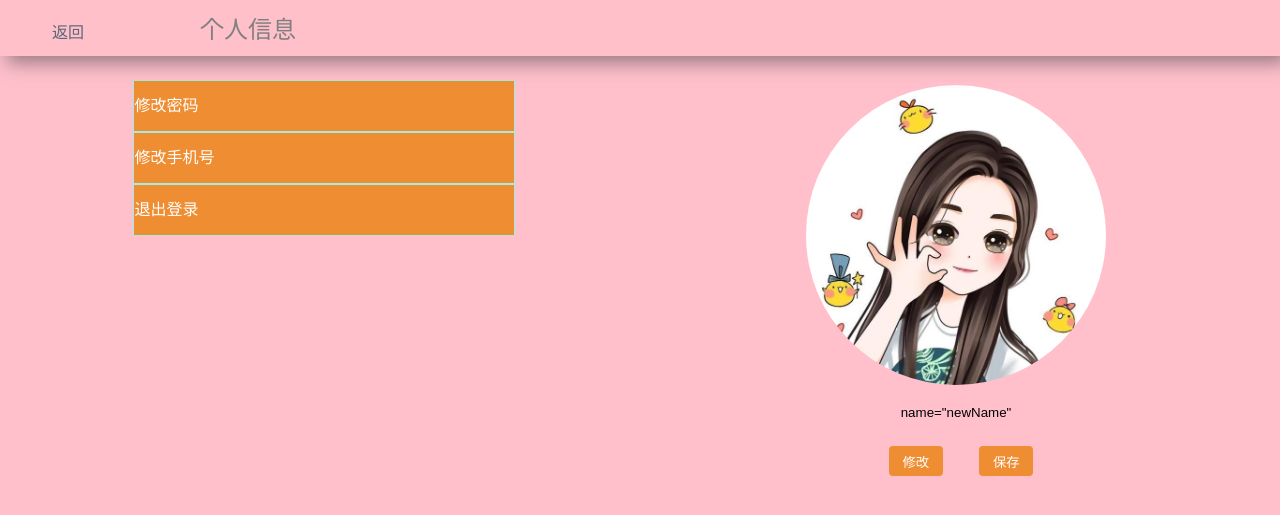
Repository: aaa615/Visualization-of-data-structure-algorithms
Page: http://localhost/dataStructure/main/mine.jsp
These files come from the project's save history. The page is drawn as it stood at one moment and after the next save; the edit follows.
The browser window is 1280 px wide. The pictures show the whole page.
The page is served by Tomcat 9. Other server files are loaded and not shown.

Above is the page before, as saved 2021-05-15 04:33:31.

### dataStructure/WebContent/main/mine.jsp
<%@ page language="java" contentType="text/html; charset=utf-8"
    pageEncoding="utf-8"%>
<!DOCTYPE html>
<html>
<head>
<meta charset="utf-8">
<title>个人信息</title>
<link rel="stylesheet" href="../css/mine.css">
<script>
	window.onload=function(){
		let trip=document.getElementById("global_trip");
	    if(trip.innerText!=""){
	        alert(trip.innerText);
	    }

	    var oldName;
	    var nTxt=document.getElementsByClassName("name_txt");
	    //名称input失去焦点后
	    nTxt[0].onblur=function () {
	        console.log(nTxt[0].readOnly);
	        this.readOnly=true;
	        this.style.background="none";
	        this.style.border="none";
	    }


	}
</script>
</head>
<body>
<div class="nav">
	<div class="back">
		<a href="index.jsp">
	  	 	<span style="font: 16px 'Microsoft YaHei UI';color: #5d6778">返回</span>
		</a>
	</div>
	<div class="title">
		个人信息
	</div>
</div>
<div class="container">
	<label id="global_trip" style="display:none">${message}</label>

    <div class="setting">
        <div class="set_div">
            <a href="changePsd.jsp">修改密码</a>
        </div>
        <div class="set_div">
            <a href="changePhone.jsp">修改手机号</a>
        </div>
        <div class="set_div">
            <a href="cancelLoginAcManageUserAction">退出登录</a>
        </div>
    </div>
    <div class="username">
      <div class="photo">
    </div><br/>
      <form action="changeNameAcManageUserAction" method="get" onsubmit="return checkName()">
      	<input class="name_txt" value=${current_user.name} name="newName" readonly>
        <div class="btn_contain">
            <input class="btn" type="button" value="修改" onclick="changeName()">
            <input class="btn" type="submit" value="保存">
      	</div>
      </form>

    </div>
</div>
<script src="../js/mine.js"></script>
</body>
</html>

### dataStructure/WebContent/css/mine.css
@charset "UTF-8";
body{
    background-color: pink;

}
.nav{
    width: 100%;
    height: 56px;
    position: fixed;
    top: 0;
    right: 0;
    background-color: rgba(255,192,203,0.3);
    box-shadow: 7px 7px 17px rgba(52, 56, 66, 0.5);
    line-height: 56px;
}
.back{
    display: inline-block;
    position: relative;
    left:20px;
    text-decoration: rgb(93,103,120) none solid;
    text-align: center;
    margin: 5px 2rem;
}
.title{
	display: inline-block;
    position: relative;
    left:100px;
    font: 24px "Microsoft YaHei UI";
    color: grey;
}
.container{
    display: flex;
    margin-top: 60px;
    justify-content: space-around;
    color: white;
    flex-wrap: wrap;

}
.changePass,.username,.setting{
    margin-top: 20px;
    width: 30%;
    display: flex;
    flex-direction: column;
    align-items: center;
}
.changePass input[type="password"]{
    width: 80%;
    height:50px;
    border: 2px solid rgba(160,238,225,1);
}
.btn{
    width: 30%;
    height: 30px;
    background-color: #EF8D32;
    margin-top:10px;
    margin-left: 10px;
    color: white;
    cursor:pointer;
    border-radius: 4px;
    border: none;
    outline: none;
}
.btn:hover{
    background-color: #6dfff5;
}

.photo{
	background: url(../images/head_img.jpeg);
    background-size: 300px 300px;
    margin-top: 5px;
    width: 300px;
    height: 300px;
    border-radius: 50%;
}
.btn_contain{
    width: 100%;
    height: 70px;
    display: flex;
    align-items: center;
    justify-content: space-around;
}
.name_txt{
    text-align: center;
    outline: none;
    background:none;
    border: none;
}
.set_div{
    width: 100%;
    height: 50px;
    color: white;
    cursor:pointer;
    background-color:#EF8D32;
    border: 1px solid rgba(160,238,225,1);
}

a{
    text-decoration: none;
    color: white;
    font: 16px "Microsoft YaHei UI";
    line-height: 50px;
}

a:hover{
    color: #6dfff5;
}
label{
    text-align: center;
    font-size: 14px;
    color: red;
}

### dataStructure/WebContent/js/mine.js
/**
 *
 */

//点击修改按钮后
function changeName() {
	var oldName;
    var nTxt=document.getElementsByClassName("name_txt");
	oldName=document.getElementsByName("newName")[0].value;
//    console.log(oldName);

    nTxt[0].readOnly=false;
    nTxt[0].focus();
    console.log(nTxt[0].readOnly);
    nTxt[0].style.backgroundColor="#FFFFFF";
    nTxt[0].style.border="2px solid rgba(160,238,225,1)";
}

//确认是否修改
function makeSure(){
    let flag=true;
    flag=flag && confirm("是否要修改密码？");
    if(flag){
        var password=document.getElementById("newPass");
        //密码正则表达式
        var password_reg=/([0-9]|[a-z]|[A-Z]|_){8,16}/;

        flag=flag && password_reg.test(password.value);

        //密码格式不正确
        if(password_reg.test(password.value)!=true){
            alert("密码为8-16位数字和字母和下划线，不能含有特殊字符");
        }

        //确认密码
        var surePassword=document.getElementById("surePass");
        flag=flag && (surePassword.value==password.value);

        //两次密码不一致
        if(surePassword.value!=password.value){
            alert("两次密码不一致，请检查后重新输入");
        }
    }
    return flag;
}

//用户名格式检查
function checkName(){
	let userName=document.getElementsByName("newName");
//	console.log(oldName);

    //用户名正则表达式
    let userName_reg=/(.){6,18}/ig;
    //用户名不正确
    if(userName_reg.test(userName[0].value)!=true){

    	alert("用户名由6—18位字符组成");

        userName[0].value=oldName;
        return false;
    }else{
        return true;
    }
}

//手机号格式检查
function checkPhone(){
	let flag=true;
    flag=flag && confirm("是否要修改手机号？");


    if(flag){
        var phonenum=document.getElementById("newPhone");
        //手机号正则表达式
        var phoneNum_reg=/^(13[0-9]|14[579]|15[0-3,5-9]|16[6]|17[0135678]|18[0-9]|19[89])\d{8}$/;
        flag=flag && phoneNum_reg.test(phonenum.value);

        //手机号格式不正确
        if(phoneNum_reg.test(phonenum.value)!=true){
            alert("手机号格式不正确");
        }

    }
    return flag;
}

After the next save:
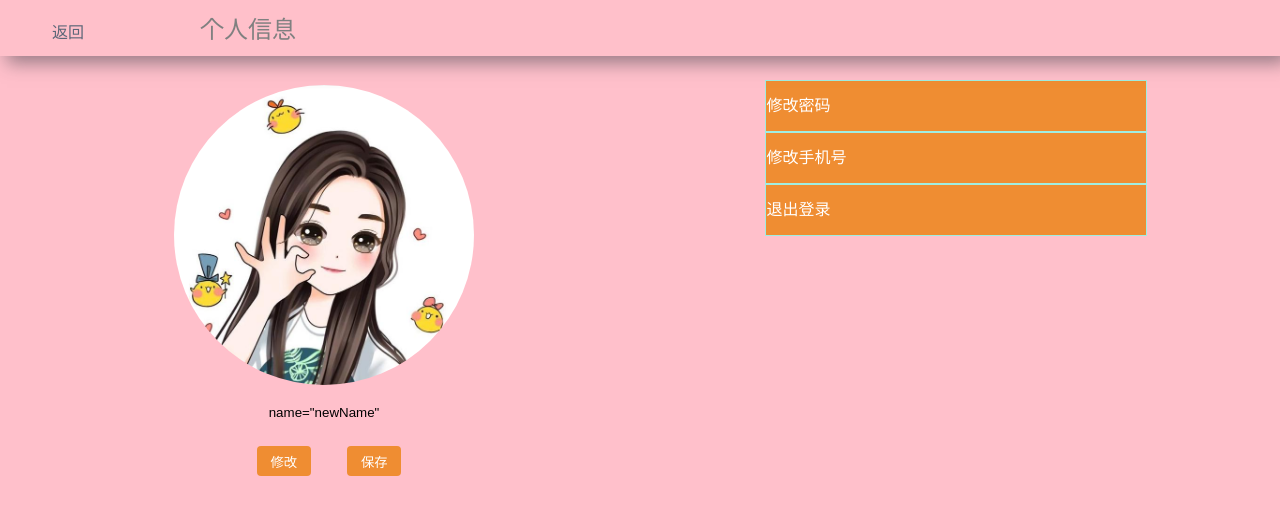
Saved 2 min 3 s later.
--- a/dataStructure/WebContent/main/mine.jsp
+++ b/dataStructure/WebContent/main/mine.jsp
@@ -41,6 +41,18 @@
 <div class="container">
 	<label id="global_trip" style="display:none">${message}</label>
 
+    <div class="username">
+      <div class="photo">
+    </div><br/>
+      <form action="changeNameAcManageUserAction" method="get" onsubmit="return checkName()">
+      	<input class="name_txt" value=${current_user.name} name="newName" readonly>
+        <div class="btn_contain">
+            <input class="btn" type="button" value="修改" onclick="changeName()">
+            <input class="btn" type="submit" value="保存">
+      	</div>
+      </form>
+    </div>
+
     <div class="setting">
         <div class="set_div">
             <a href="changePsd.jsp">修改密码</a>
@@ -52,18 +64,6 @@
             <a href="cancelLoginAcManageUserAction">退出登录</a>
         </div>
     </div>
-    <div class="username">
-      <div class="photo">
-    </div><br/>
-      <form action="changeNameAcManageUserAction" method="get" onsubmit="return checkName()">
-      	<input class="name_txt" value=${current_user.name} name="newName" readonly>
-        <div class="btn_contain">
-            <input class="btn" type="button" value="修改" onclick="changeName()">
-            <input class="btn" type="submit" value="保存">
-      	</div>
-      </form>
-
-    </div>
 </div>
 <script src="../js/mine.js"></script>
 </body>
